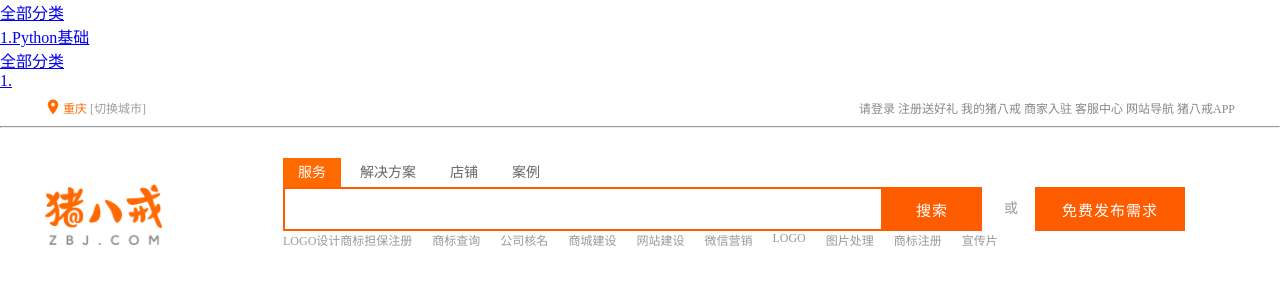
Repository: 13982720426/zbj
Page: HTML/index.html
An editor plug-in stored every save of this project. The page is shown before and after the next save, followed by the edit.
The browser window is 1280 px wide. The pictures show the whole page.

Above is the page before, as saved 2021-07-15 16:22:08.

After the next save:
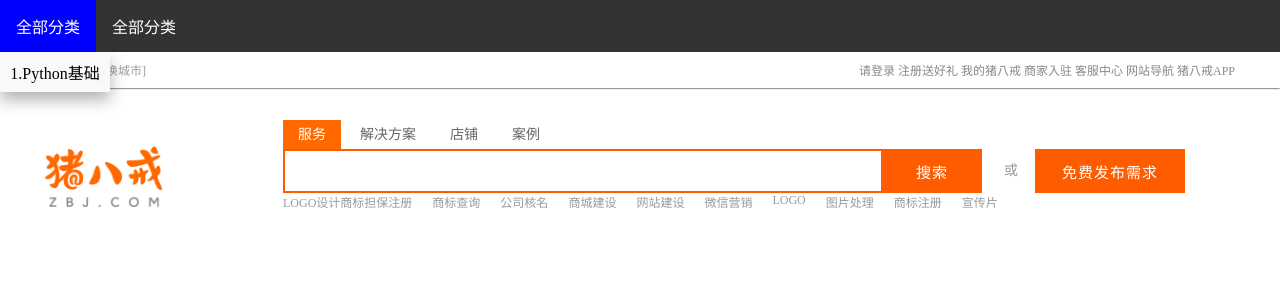
Saved 18 s later.
--- a/HTML/index.html
+++ b/HTML/index.html
@@ -8,16 +8,54 @@
     <link rel="stylesheet" type="image/x-icon" href="./imgs/favicon.ico" />
     <link rel="stylesheet" type="text/css" href="css/index.css" />
     <style>
-      .menu-title {
-        position: relative;
+      #test33 ul {
+        margin: 0;
+        padding: 0;
+        list-style-type: none; /*去除li前的标注*/
+        background-color: #333;
+        overflow: hidden; /*隐藏溢出的部分，保持一行*/
       }
-      .menu-list {
+
+      #test33 li {
+        float: left; /*左浮动*/
+      }
+
+      #test33 li a,
+      .dropbtn {
+        /*display:inline-block将对象呈递为内联对象，但是对象的内容作为块对象呈递。旁边的内联对象会被呈递在同一行内，允许空格。*/
+        display: inline-block; /*设置成块*/
+        color: white;
+        text-align: center;
+        text-decoration: none;
+        padding: 14px 16px;
+      }
+
+      #test33 li a:hover,
+      .dropdown:hover .dropbtn {
+        /*鼠标移上去，改变背景颜色*/
+        background-color: blue;
+      }
+
+      #test33 .dropdown-content {
         display: none;
         position: absolute;
-        right: 0;
-        top: 0;
+        background-color: #f9f9f9;
+        min-width: 110px;
+        box-shadow: 0px 8px 16px 0px rgba(0, 0, 0, 0.3);
       }
-      .menu-title:hover .menu-list {
+
+      #test33 .dropdown-content a {
+        display: block;
+        color: black;
+        padding: 8px 10px;
+        text-decoration: none;
+      }
+
+      #test33 .dropdown-content a:hover {
+        background-color: #a1a1a1;
+      }
+
+      #test33 .dropdown:hover .dropdown-content {
         display: block;
       }
     </style>
